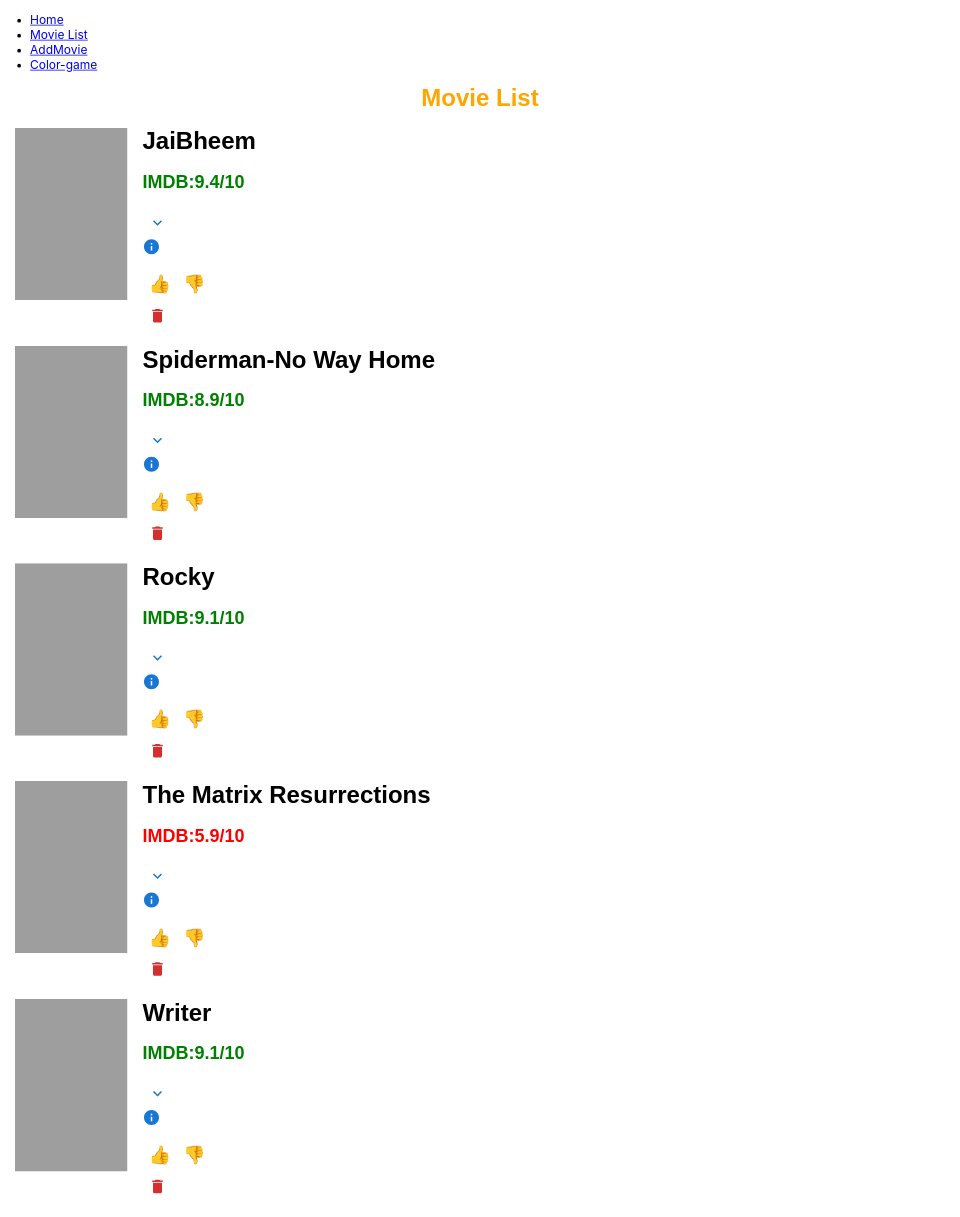
Repository: baladhinesh18/first-app
Page: /Counter
The author's editor kept a copy of each file at every save. The page is drawn from the files as they stood at one save, then again after the next save.
The browser window is 1280 px wide. The pictures show the whole page, at 75% of full size.
Pictures or frames that could not be fetched are drawn as grey boxes. The project was rebuilt for these pictures with package versions that can differ from the ones it lists, and the page was loaded fresh each time. Also part of the build but not shown: src/AddMovie.js, src/AddColor.js, src/Error.js.

Above is the page before, as saved 2022-02-04 16:23:10.

### public/index.html
<!DOCTYPE html>
<html lang="en">
  <head>
    <meta charset="utf-8" />
    <!-- <link rel="icon" href="%PUBLIC_URL%/favicon.ico" /> -->
    <meta name="viewport" content="width=device-width, initial-scale=1" />
    <meta name="theme-color" content="#000000" />
    <meta
      name="description"
      content="Web site created using create-react-app"
    />
    <!-- <link rel="apple-touch-icon" href="%PUBLIC_URL%/logo192.png" /> -->
    <!--
      manifest.json provides metadata used when your web app is installed on a
      user's mobile device or desktop. See https://developers.google.com/web/fundamentals/web-app-manifest/
    -->
    <!-- <link rel="manifest" href="%PUBLIC_URL%/manifest.json" /> -->
    <!--
      Notice the use of %PUBLIC_URL% in the tags above.
      It will be replaced with the URL of the `public` folder during the build.
      Only files inside the `public` folder can be referenced from the HTML.

      Unlike "/favicon.ico" or "favicon.ico", "%PUBLIC_URL%/favicon.ico" will
      work correctly both with client-side routing and a non-root public URL.
      Learn how to configure a non-root public URL by running `npm run build`.
    -->
    <link
  rel="stylesheet"
  href="https://fonts.googleapis.com/css?family=Roboto:300,400,500,700&display=swap"
/>
<link
  rel="stylesheet"
  href="https://fonts.googleapis.com/icon?family=Material+Icons"
/>
    <title>New Movies</title>
  </head>
  <body>
    <noscript>You need to enable JavaScript to run this app.</noscript>
    <div id="root"></div>
    <!--
      This HTML file is a template.
      If you open it directly in the browser, you will see an empty page.

      You can add webfonts, meta tags, or analytics to this file.
      The build step will place the bundled scripts into the <body> tag.

      To begin the development, run `npm start` or `yarn start`.
      To create a production bundle, use `npm run build` or `yarn build`.
    -->
  </body>
</html>

### src/index.js
import React from 'react';
import ReactDOM from 'react-dom';
import './index.css';
import App from './App';
import reportWebVitals from './reportWebVitals';
import {
  BrowserRouter as Router,
} from "react-router-dom";

ReactDOM.render(
  <React.StrictMode>
  <Router>
    <App />
    </Router>
  </React.StrictMode>,
  document.getElementById('root')
);

// If you want to start measuring performance in your app, pass a function
// to log results (for example: reportWebVitals(console.log))
// or send to an analytics endpoint. Learn more: https://bit.ly/CRA-vitals
reportWebVitals();

### src/App.js

import './App.css';
import {useState} from "react";
import IconButton from '@mui/material/IconButton';
import ExpandLessIcon from '@mui/icons-material/ExpandLess';
import ExpandMoreIcon from '@mui/icons-material/ExpandMore';
// import AddColor from './AddColor.js';
import { App } from './App.1';
import InfoIcon from '@mui/icons-material/Info';

// import {
//   Switch, Route
// } from "react-router-dom";
import { Counter } from './Counter';

export function Starting({ nme, ur,rat,des,del}) {
const styles={color: rat>=8.5? "green":"red"};
const[isHide,setIsHide]=useState(false);

  return (

    <div>

    <div className="ro">
     <img src={ur} className="mg" alt={nme} />
      <div className="col">
      <h1> {nme}</h1>
      <h2 style={styles}>IMDB:{rat}/10</h2>
      { isHide?<h3>description:<a href={des}>{des}</a></h3>:null}
      {/* <h3>description:<a href={des}>{des}</a></h3> */}
      <div>
    <IconButton onClick={()=>setIsHide(!isHide)} color="primary"> {isHide ? <ExpandLessIcon/> : <ExpandMoreIcon/>}</IconButton>
    </div>
    <InfoIcon color="primary" />
    <Counter/>
    {del}
      </div>
    </div>
    </div>


  );
}


export default App;

### src/App.css
.App {
  font-family: sans-serif;
  text-align: center;
}
.mg {
  height: 230px;
  width: 150px;
  object-fit: center;
}
.ro{
display: flex;
flex-direction: row;
margin-left: 20px;
margin-bottom: 20px;
}
.col{
  display:flex;
  flex-direction: column;
  align-items: flex-start;
margin-left: 20px;
}
.lor{
color:orange;
margin-top: 1rem;
}
h1,h2,h3{
  margin-top: 0px;
  gap: 1rem;
}
button{
  margin-bottom: 1rem;
}
.vacls{
margin-top: 1rem;
margin-right: 1rem;
}
.btn{
  display: flex;
  flex-direction: column;
  justify-content: center;
  align-items: center;
 }
 .bncs{
   margin-top:5rem;
 }
 .cent{
   margin-top: 0;
   margin-left:25rem;
 }
  .img1{
height:25rem;
 }

### src/App.1.js
import { useState } from "react";
import { AddMovie } from "./AddMovie";
import { Starting } from './App';
import {
    Switch, Route,Link
  } from "react-router-dom";
  import { AddColor } from './AddColor';
  import { Error } from './Error';
  import IconButton from '@mui/material/IconButton';
import DeleteIcon from '@mui/icons-material/Delete';

// const[add,setAdd] =useState([]);
export function App() {
  let users = [
    {
      name: "JaiBheem",
      url: "https://encrypted-tbn3.gstatic.com/images?q=tbn:ANd9GcQm8U_-RJoMKrgvpIVLbDV8ovuHIp-p_Ls5I7WHaXJUUCbhjQVd",
      rating: "9.4",
      summary: "https://en.wikipedia.org/wiki/Jai_Bhim_(film)"
    },
    {
      name: "Spiderman-No Way Home",
      url: "https://www.thehindubusinessline.com/news/variety/4sw3ar/article37984362.ece/ALTERNATES/PORTRAIT_355/Spider-Man---No-Way-Home-Poster-Pic-Credit---Marvel",
      rating: "8.9",
      summary: "https://en.wikipedia.org/wiki/Spider-Man:_No_Way_Home"
    },
    {
      name: "Rocky",
      url: "https://static.toiimg.com/thumb/msid-88435003,width-219,height-317,imgsize-16192/88435003.jpg",
      rating: "9.1",
      summary: "https://timesofindia.indiatimes.com/entertainment/tamil/movie-reviews/rocky/movie-review/88455427.cms"
    },
    {
      name: " The Matrix Resurrections",
      url: "https://encrypted-tbn0.gstatic.com/images?q=tbn:ANd9GcQHjE4eApjpFWlpAdiC_aFG2FkfvimiGW0TK4mB-hc_T4Uitj9J",
      rating: "5.9",
      summary: "https://en.wikipedia.org/wiki/The_Matrix_Resurrections"
    },
    {
      name: "Writer",
      url: "https://static.moviecrow.com/gallery/20210414/185058-Ey6W3Z2VoAMu4P2%20(1).jpg",
      rating: "9.1",
      summary: "https://en.wikipedia.org/wiki/Writer_(film)"
    }
  ];
  const [add, setAdd] = useState(users);

  return (
      <div>
    <ul>
    <li>
      <Link to="/">Home</Link>
    </li>
    <li>
      <Link to="/Counter">Movie List</Link>
    </li>
    <li>
      <Link to="/AddMovie">AddMovie</Link>
    </li>
    <li>
      <Link to="/AddColor">Color-game</Link>
    </li>
    </ul>

        <Switch>
    <Route exact path="/">
       welcome to movie app✨🎉🎉
       </Route>
      <Route path="/AddMovie">
      <AddMovie movieList={add} setmovieList={setAdd}/>
      </Route>

       <Route path="/Counter">

       <div className="App">
      <h1 className="lor">Movie List</h1>
      {add.map(({ name, url, rating, summary }, index) => (
        <Starting key={url} nme={name} ur={url} rat={rating} des={summary} del={
          <IconButton color="error" onClick={()=>{
          let copyArray=[...add];
          copyArray.splice(index,1);
          setAdd(copyArray);
           } }><DeleteIcon/></IconButton>
        }>
        </Starting>
      ))}
        </div>

       </Route>

       <Route path="/AddColor">
       <AddColor/>
       </Route>
       <Route path="**">
       <Error/>
       </Route>
       </Switch>
    </div>
  );
}

### src/Counter.js
import { useState } from "react";
import IconButton from '@mui/material/IconButton';
import Badge from '@mui/material/Badge';

export function Counter() {
  const [like, setLike] = useState(0);
  const [dislike, setDislike] = useState(0);
  // const marr={margin:'0 1rem 0 0 ',}
  return (
      <div>

    <div className="vacls">
      <IconButton onClick={() => setLike(like + 1)} color="primary"> <Badge badgeContent={like} color="primary">
        👍
      </Badge></IconButton>
      <IconButton onClick={() => setDislike(dislike + 1)} color="error"><Badge badgeContent={dislike} color="error">
        👎
      </Badge></IconButton>
      {/* <h1>{like}</h1> */}
    </div>

    </div>
  );
}

Loaded but not shown: src/index.css (common file); src/reportWebVitals.js (common file)

After the next save:
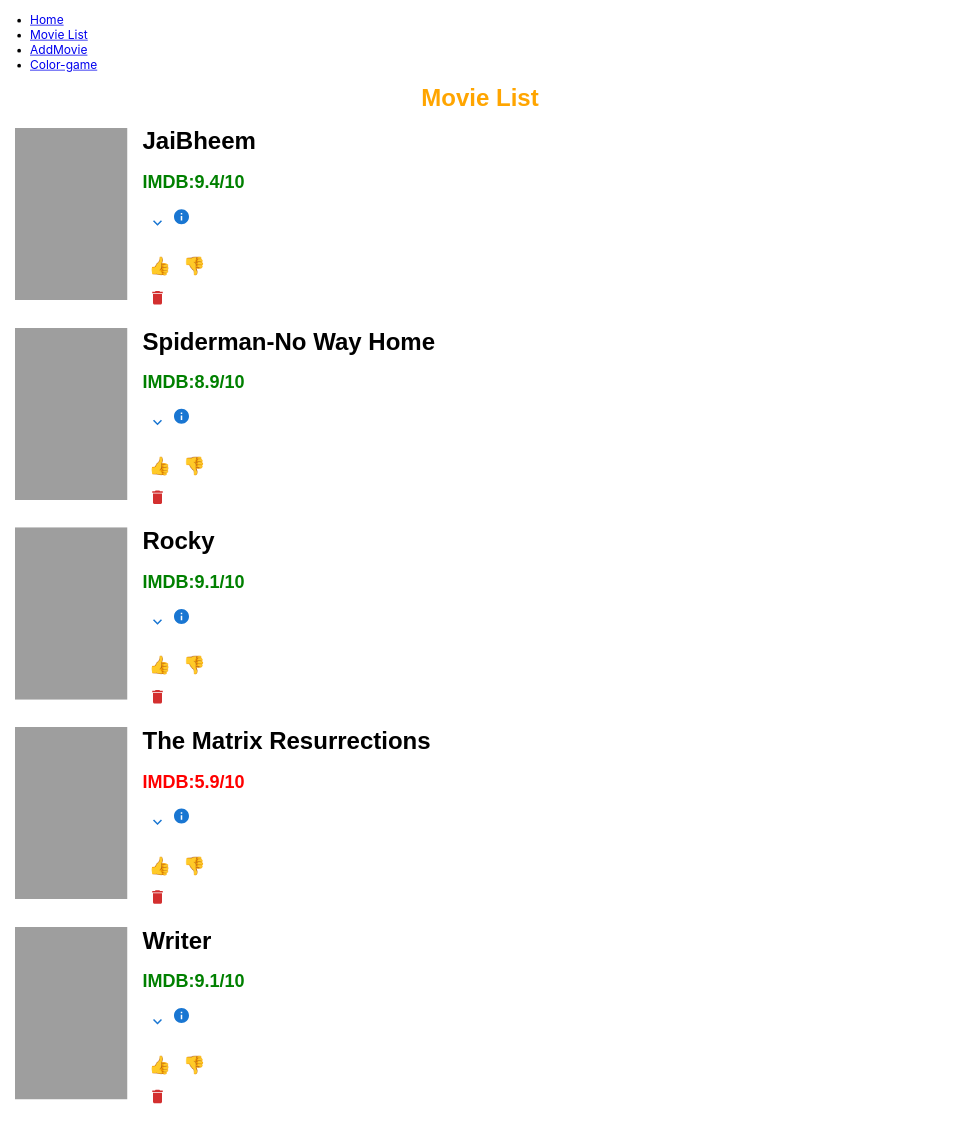
Saved 15 s later.
--- a/src/App.js
+++ b/src/App.js
@@ -30,8 +30,9 @@
       {/* <h3>description:<a href={des}>{des}</a></h3> */}
       <div>
     <IconButton onClick={()=>setIsHide(!isHide)} color="primary"> {isHide ? <ExpandLessIcon/> : <ExpandMoreIcon/>}</IconButton>
+    <InfoIcon color="primary" />
     </div>
-    <InfoIcon color="primary" />
+
     <Counter/>
     {del}
       </div>
